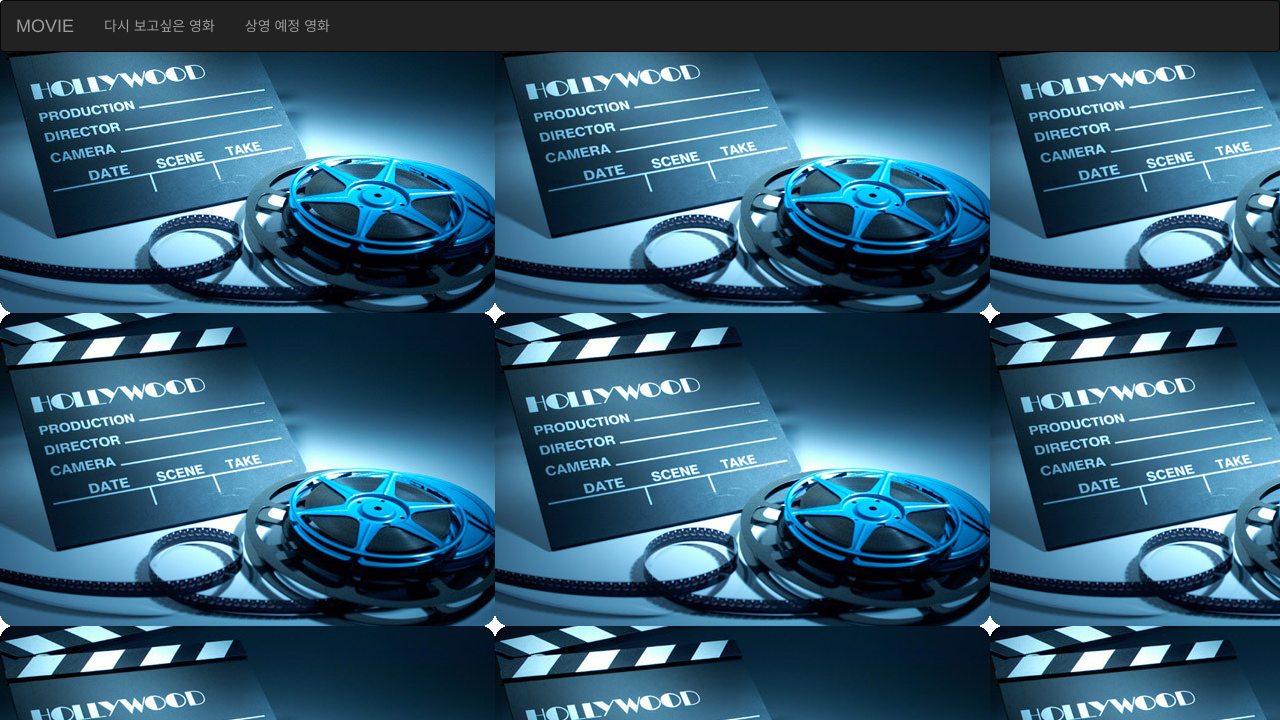
Repository: wishinghyun/multicampus
Page: webwork/clientweb/WebContent/bootstrap_exam/basic.html
An editor plug-in stored every save of this project. The page is shown before and after the next save, followed by the edit.
The browser window is 1280 px wide. The pictures show the whole page.

Above is the page before, as saved 2020-01-06 07:46:18.

### webwork/clientweb/WebContent/bootstrap_exam/basic.html
<!DOCTYPE html>
<html>
<head>
  <title>movie</title>
  <meta charset="utf-8">
  <meta name="viewport" content="width=device-width, initial-scale=1">
  <link rel="stylesheet" href="https://maxcdn.bootstrapcdn.com/bootstrap/3.4.1/css/bootstrap.min.css">
  <script src="https://ajax.googleapis.com/ajax/libs/jquery/3.4.1/jquery.min.js"></script>
  <script src="https://maxcdn.bootstrapcdn.com/bootstrap/3.4.1/js/bootstrap.min.js"></script>
  <style type="text/css">
  	body{
  		background-image: url("../images/basicbackground.jpg")
  	}
  </style>
</head>
<body>

<nav class="navbar navbar-inverse">
  <div class="container-fluid">
    <div class="navbar-header">
      <a class="navbar-brand" href="#">MOVIE</a>
    </div>
    <ul class="nav navbar-nav">
      <li><a href="#">다시 보고싶은 영화</a></li>
      <li><a href="#">상영 예정 영화</a></li>
    </ul>
  </div>
</nav>


</body>
</html>

After the next save:
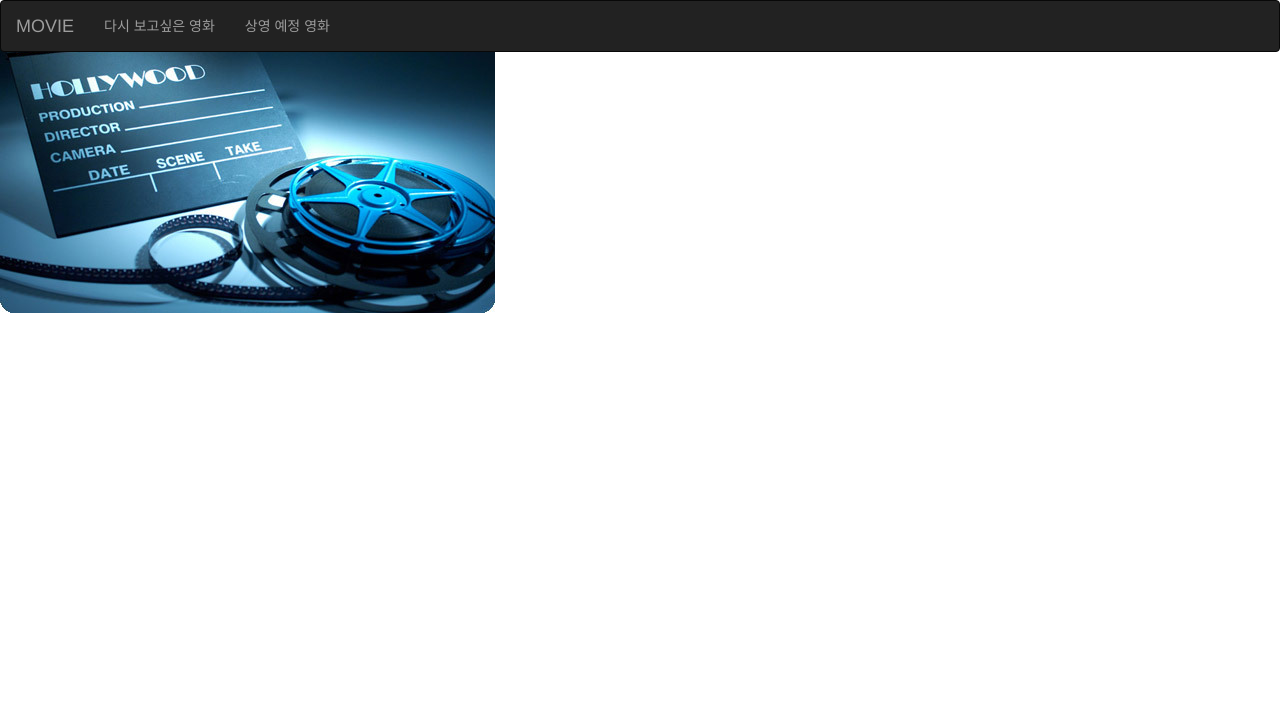
Saved 31 s later.
--- a/webwork/clientweb/WebContent/bootstrap_exam/basic.html
+++ b/webwork/clientweb/WebContent/bootstrap_exam/basic.html
@@ -9,7 +9,8 @@
   <script src="https://maxcdn.bootstrapcdn.com/bootstrap/3.4.1/js/bootstrap.min.js"></script>
   <style type="text/css">
   	body{
-  		background-image: url("../images/basicbackground.jpg")
+  		background-image: url("../images/basicbackground.jpg");
+  		background-repeat: no-repeat;
   	}
   </style>
 </head>
